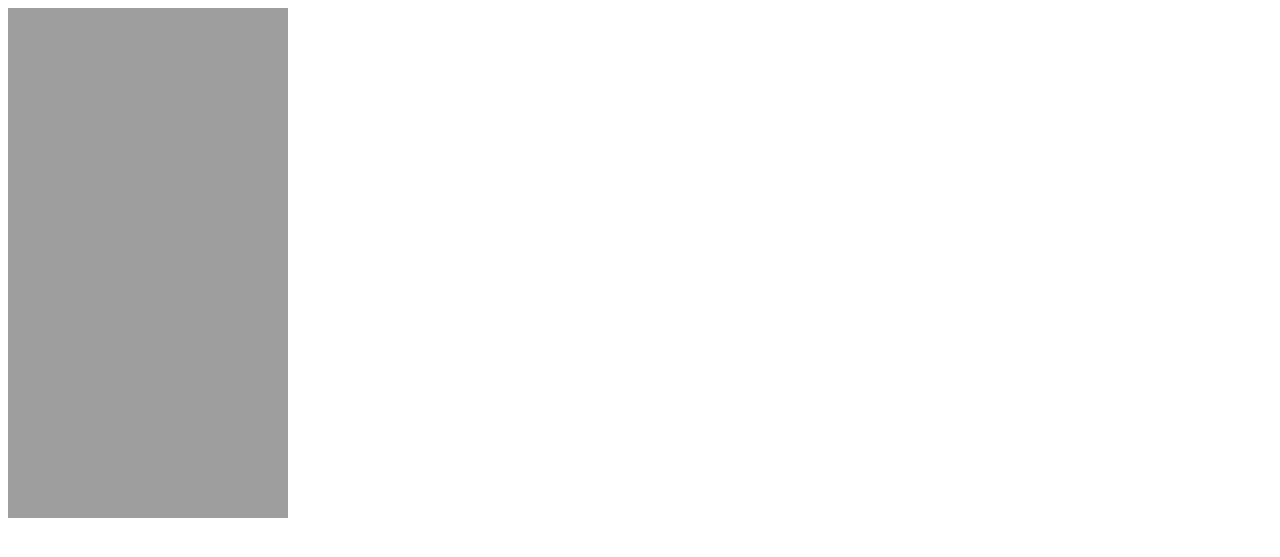
Repository: Tranduchieu2002/FlappyBird
Page: Flappy.html
These files come from the project's save history. The page is drawn as it stood at one moment and after the next save; the edit follows.
The browser window is 1280 px wide. The pictures show the whole page.

Above is the page before, as saved 2021-09-14 17:16:22.

After the next save:
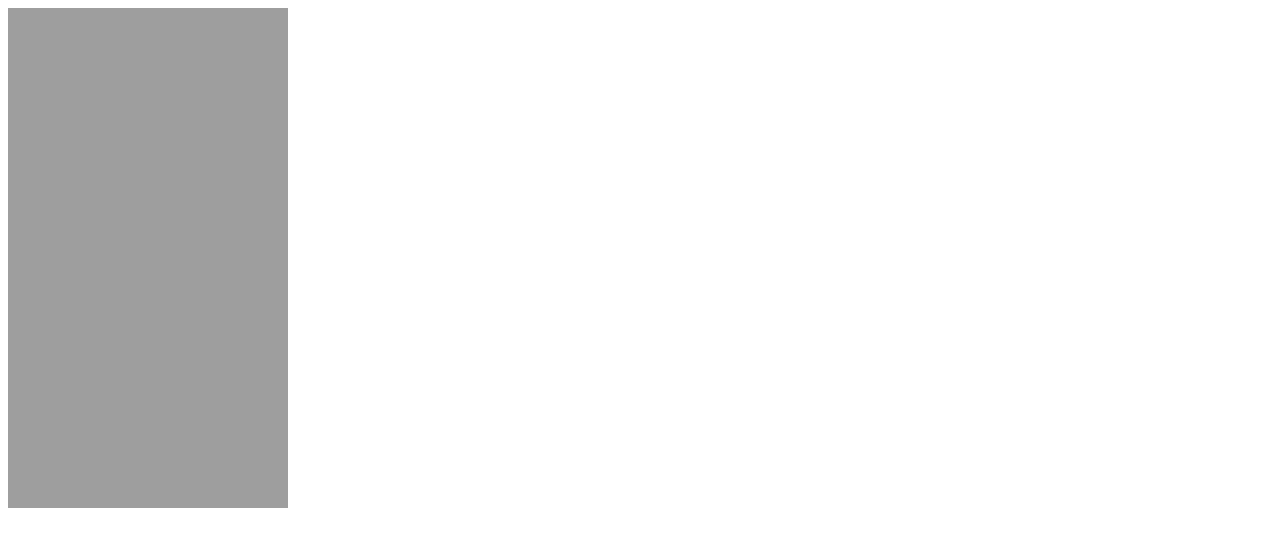
Saved 12 s later.
--- a/Flappy.html
+++ b/Flappy.html
@@ -17,7 +17,7 @@
    </style>
 </head>
 <body>
-   <canvas id="canvas" width="280px" height="510px">
+   <canvas id="canvas" width="280px" height="500px">
 
    </canvas>
    <script src="index.js"></script>
